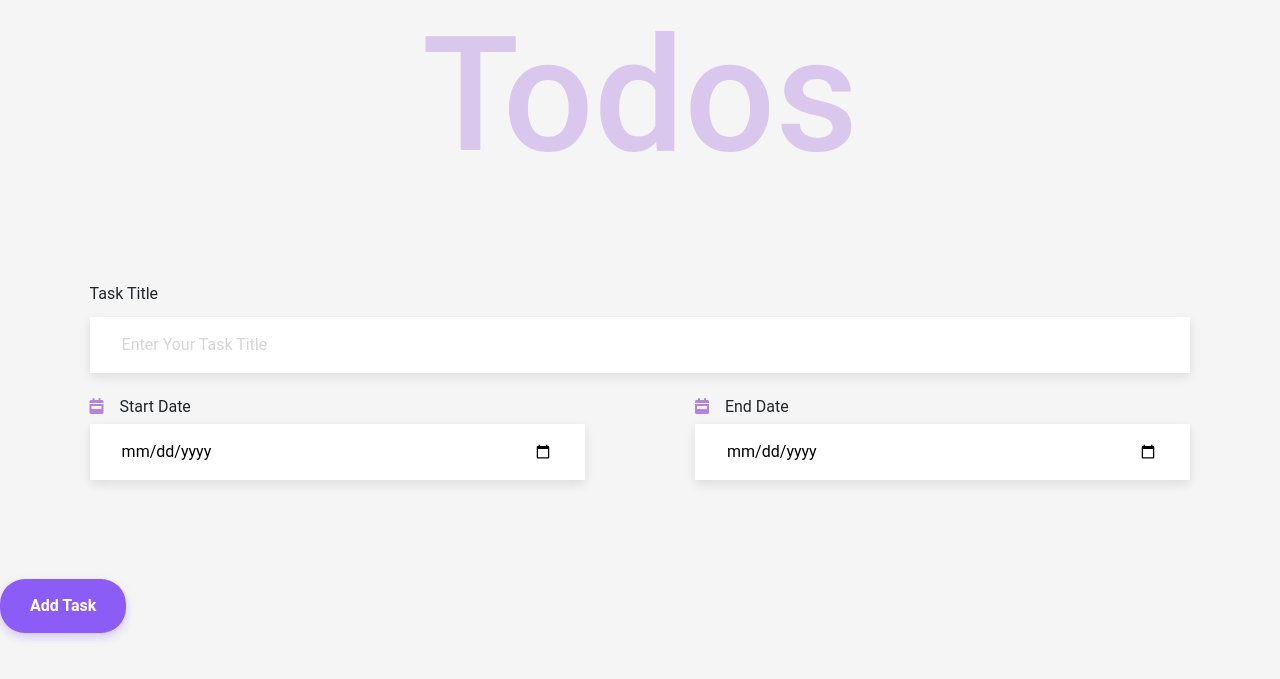
Repository: Surahailat/TypeScript
Page: Mini project 10-3/Project-TS.html
These files come from the project's save history. The page is drawn as it stood at one moment and after a run of saves; the edit follows.
The browser window is 1280 px wide. The pictures show the whole page.

Above is the page before, as saved 2025-03-10 15:55:25.

### Mini project 10-3/Project-TS.html
<!DOCTYPE html>
<html lang="en">

<head>
    <meta charset="UTF-8">
    <meta name="viewport" content="width=device-width, initial-scale=1.0">
    <title>Document</title>
    <link href="https://cdnjs.cloudflare.com/ajax/libs/font-awesome/6.0.0-beta3/css/all.min.css" rel="stylesheet">
    <link href="https://cdn.jsdelivr.net/npm/bootstrap@5.3.3/dist/css/bootstrap.min.css" rel="stylesheet"
        integrity="sha384-QWTKZyjpPEjISv5WaRU9OFeRpok6YctnYmDr5pNlyT2bRjXh0JMhjY6hW+ALEwIH" crossorigin="anonymous">
    <style>
        * {
            box-sizing: border-box;
        }

        body {
            background-color: #f5f5f5;
            font-family: "roboto", sans-serif;
            margin: 0;
        }

        h1 {
            color: rgb(179, 131, 226);
            font-size: 10rem;
            text-align: center;
            opacity: 0.4;

        }

        .form {
            margin: 7%;
        }

        .input {
            width: 400px;
            max-width: 100%;
            box-shadow: 0px 4px 10px rgb(0, 0, 0, 0.1);
            margin: auto;
            margin-top: 1%;
            border: none;
            width: 100%;
            display: block;
            padding: 1rem 2rem;
            font-size: 1rem;
            margin-bottom: 2%;
        }

        .input::placeholder {
            color: #d5d5d5;

        }

        .date {
            display: flex;
            flex-direction: row;
            width: 100%;
            justify-content: space-between;
        }

        .form-group {
            width: 45%;
        }

        /* .AddTask {
            background-color: #b383e2;
            color: #d5d5d5;
            text-align: center;
            border: none;
            padding: 17px 34px;
        }

        .butt {
            text-align: center;
        } */
        .AddTask {
            background-color: #8b5cf6; /* لون بنفسجي راقي */
            color: white;
            text-align: center;
            border: none;
            padding: 15px 30px;
            font-size: 16px;
            font-weight: bold;
            border-radius: 25px; /* يجعل الزر ناعماً */
            cursor: pointer;
            transition: all 0.3s ease-in-out;
            box-shadow: 0 4px 10px rgba(139, 92, 246, 0.3);
        }

        .AddTask:hover {
            background-color: #7c3aed; /* لون أغمق عند التمرير */
            box-shadow: 0 6px 15px rgba(124, 58, 237, 0.4);
            transform: scale(1.05);
        }

        .AddTask:active {
            background-color: #6d28d9;
            transform: scale(0.98);
        }
    </style>
</head>

<body>
    <h1>Todos</h1>
    <div class="form">
        <Label>Task Title</Label>
        <input type="text" class="input" placeholder="Enter Your Task Title " autocomplete="off" id="title">
        <div class="date">
            <div class="form-group">
                <Label><i class="fa-solid fa-calendar-week" style="color: #b383e2;"></i> &nbsp;&nbsp;&nbsp;Start
                    Date</Label>
                <input type="date" class="input" autocomplete="off" id="startDate">
            </div>
            <div class="form-group">
                <Label><i class="fa-solid fa-calendar-week" style="color: #b383e2;"></i>&nbsp;&nbsp;&nbsp; End
                    Date</Label>
                <input type="date" class="input" autocomplete="off" id="endDate">
            </div>
        </div>
    </div>
    <div class="butt">
        <button type="submit" class="AddTask" onclick="save(event)">Add Task</button>
    </div>
    <script src="https://cdn.jsdelivr.net/npm/bootstrap@5.3.3/dist/js/bootstrap.bundle.min.js"
        integrity="sha384-YvpcrYf0tY3lHB60NNkmXc5s9fDVZLESaAA55NDzOxhy9GkcIdslK1eN7N6jIeHz"
        crossorigin="anonymous"></script>
    <script src="Project-TS.js"></script>
</body>

</html>

Loaded but not shown: Mini project 10-3/Project-TS.js (no copy from this time; the picture is the same without it)

After the next 2 saves:
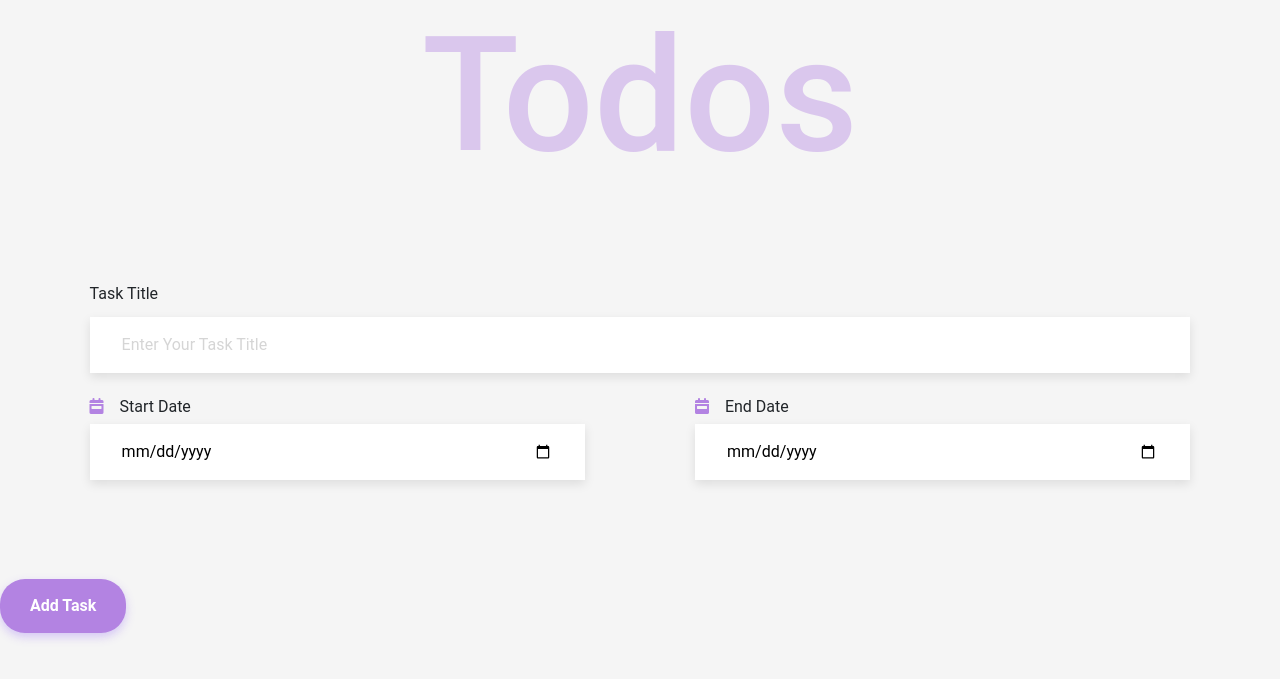
The 2 saves are shown as one change because they came seconds apart.
The last was saved 19 s later.
--- a/Mini project 10-3/Project-TS.html
+++ b/Mini project 10-3/Project-TS.html
@@ -73,7 +73,7 @@
             text-align: center;
         } */
         .AddTask {
-            background-color: #8b5cf6; /* لون بنفسجي راقي */
+            background-color: #b383e2; /* لون بنفسجي راقي */
             color: white;
             text-align: center;
             border: none;
